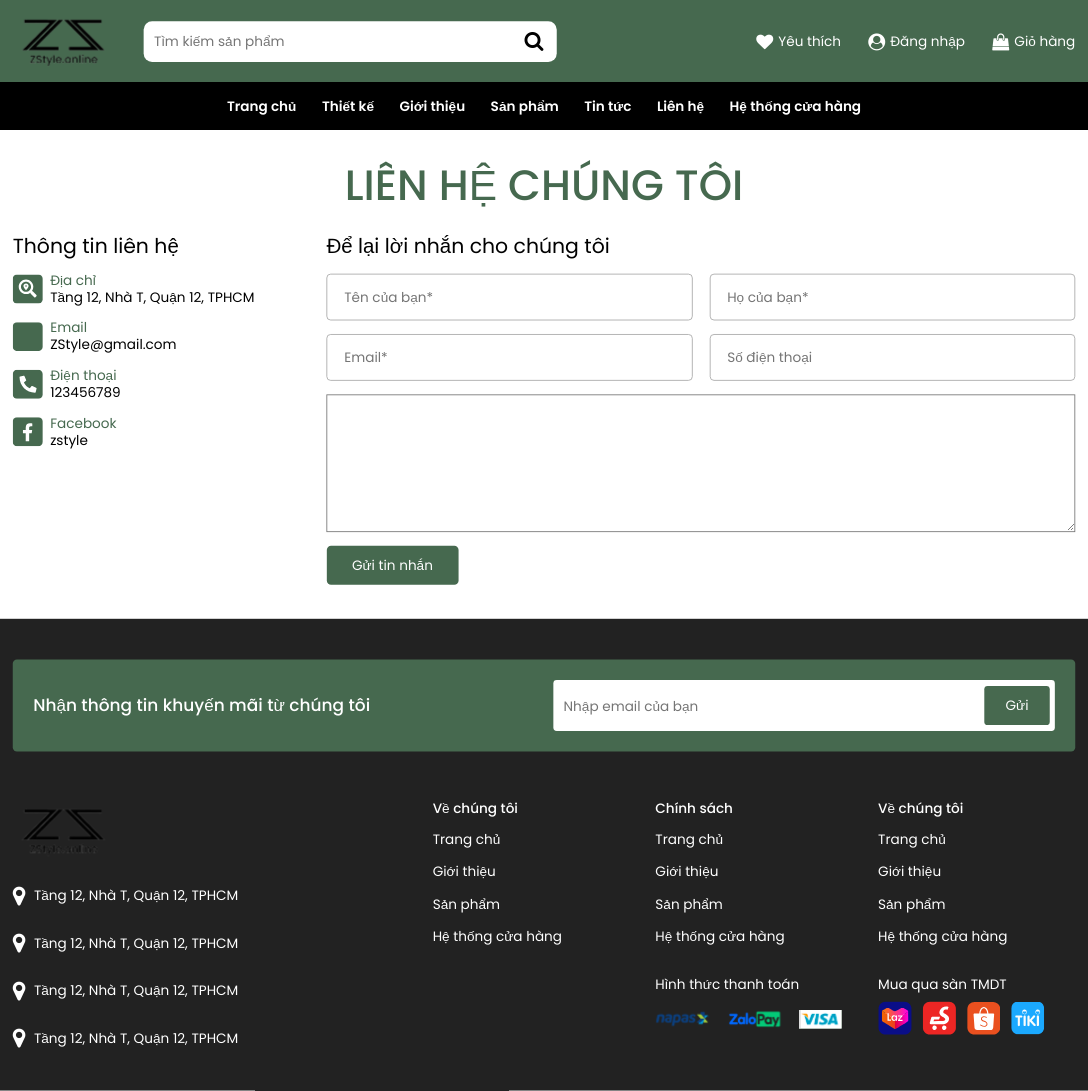
Repository: Toan3333/duanmau
Page: assets/pages/lienhe.html
These files come from the project's save history. The page is drawn as it stood at one moment and after the next save; the edit follows.
The browser window is 1280 px wide. The pictures show the whole page, at 85% of full size.
Some web libraries are served in a nearby version.

Above is the page before, as saved 2023-11-07 21:37:55.
Console error: TypeError: Cannot read properties of null (reading 'addEventListener')

After the next save:
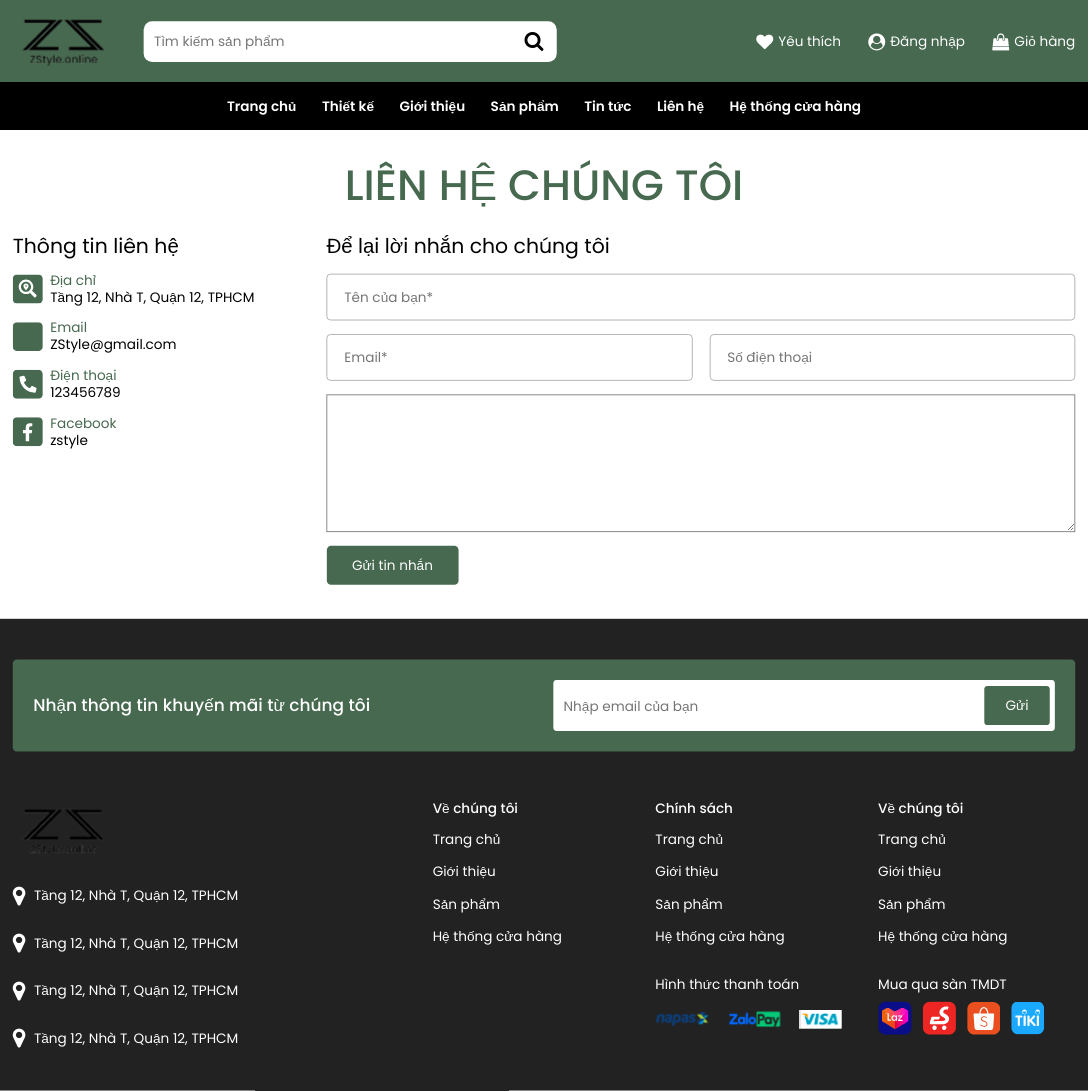
Saved 11 s later.
--- a/assets/pages/lienhe.html
+++ b/assets/pages/lienhe.html
@@ -179,7 +179,6 @@
               <form action="" class="contact-form">
                 <div class="contact-form-group">
                   <input type="text" placeholder="Tên của bạn*" />
-                  <input type="text" placeholder="Họ của bạn*" />
                 </div>
                 <div class="contact-form-group">
                   <input type="text" placeholder="Email*" />
